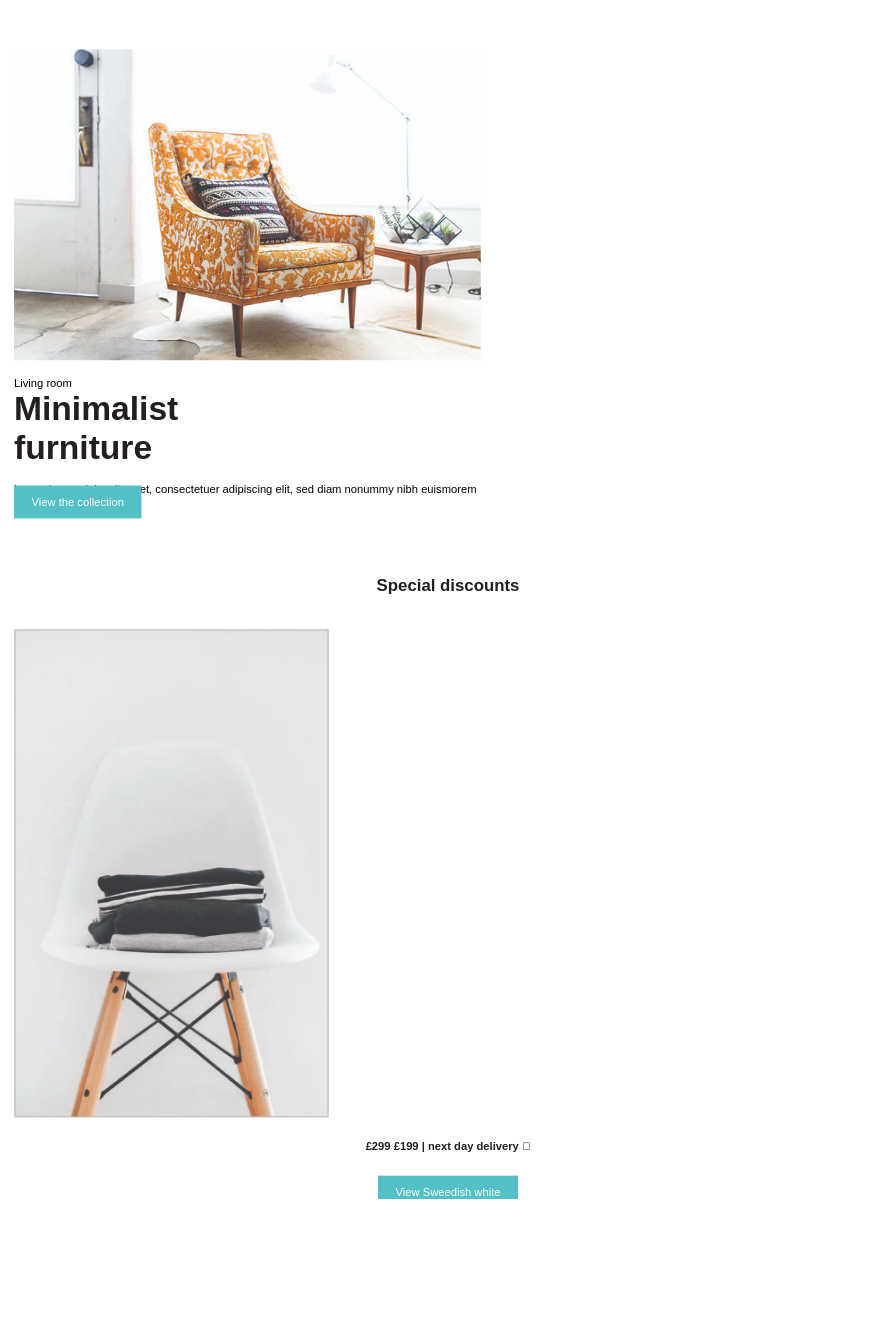
Repository: dinhhaidh/republic-web
Page: index.html
The author's editor kept a copy of each file at every save. The page is drawn from the files as they stood at one save, then again after the next save.
The browser window is 1280 px wide. The pictures show the part of the page from y = 1212 to 3132 px (the page is 3132 px tall before and 2980 px after), at 70% of full size.
Some web fonts or font styles are not loaded; a fallback is used. Some web libraries are served in a nearby version.

Above is the page before, as saved 2024-01-24 18:09:37.

After the next save:
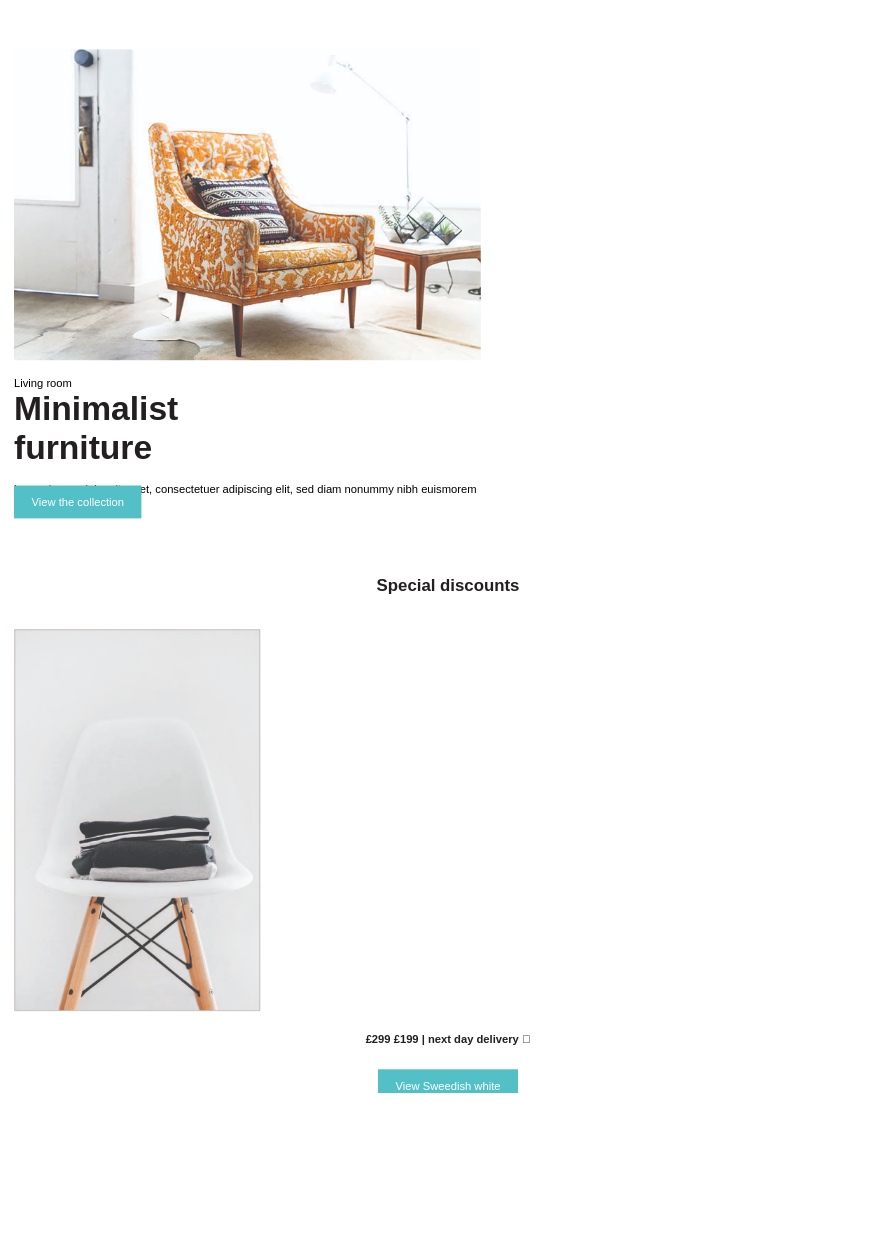
Saved 28 s later.
--- a/style.css
+++ b/style.css
@@ -330,9 +330,7 @@ img {
 .swiper-slide{
 
 }
-.lounge__img{
-  width: 450px;
-}
+
 .lounge h4{
   margin-top: 2rem;
   margin-bottom: var(--bigger-font-size);
